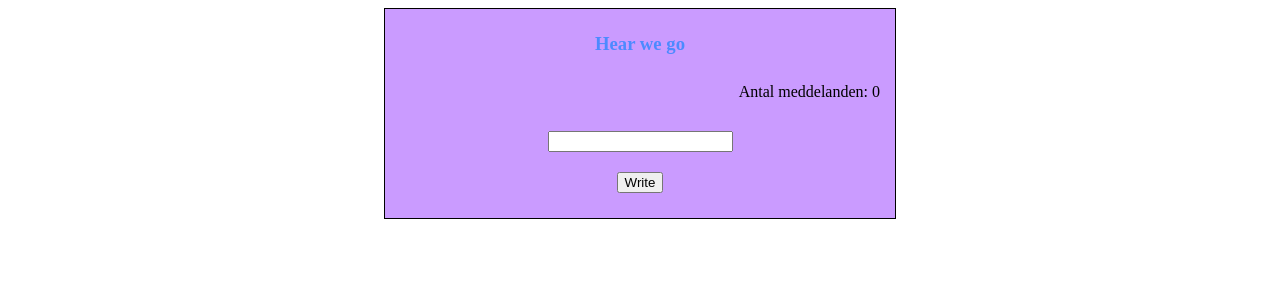
Repository: jn222rv/1dv403-laborationer
Page: 2-labbymezzage/index.html
The author's editor kept a record of every edit. The page is drawn from the files as they stood at one moment, then again after the next edit.
The browser window is 1280 px wide. The pictures show the whole page.

Above is the page before.

### 2-labbymezzage/index.html
<!DOCTYPE html>
<html>
    <head>
        <meta charset="UTF-8"/>
        <link rel="stylesheet" href="css/basic.css" type="text/css" />
        <title>Labby Message</title>
        <script src="js/Message.js"></script>
        <script src="js/MessageBoard.js"></script>
    </head>
    <body>
        <div id="main">
            <h3>Hear we go</h3>
            <div id="messageArea">

            </div>
            <div id="numberOfMessages">
                <p></p>
            </div>
            <input type="textarea" ID="textarea" name="messageArea"/>
            <input type="button" ID="button" name="button" value="Write"/>
        </div>
    </body>
</html>

### 2-labbymezzage/css/basic.css
div {
    width:500px;
    margin:0px auto;
    text-align:center;
}

#main {
    border:1px solid black;
    background-color:#CA9BFF;
    padding:5px;
}

h3 {
    color:#4C8AFF;
}

input {
    display:block;
    margin:20px auto;
}

#messageArea {
    width:70%;
}

p {
    margin:0px;
}

#numberOfMessages p {
    padding:10px;
    text-align:right;
}

#messageArea .message {
    background-color:#FFFF00;
    margin-top:5px;
    width:100%;
    padding:5px;
    padding-top:20px;
}

p.date {
    padding:0px;
    text-align:right;
    font-size:12px;
}

img {
    width:10px;
    height:10px;
    float:right;
}

### 2-labbymezzage/js/MessageBoard.js
"use strict"


var MessageBoard = {

    messages: [],
    numberOfMessages: 0,

    init:function(e){

        var node = document.querySelector("#button");

        var textField = node.parentNode.querySelector("input");

        textField.addEventListener("keypress",function(e){
             if(!e) e = window.event;

             if(e.keyCode===13)
             {
                 addMessage;
                 alert("it was i fact pressed");
             }
        });

        node.addEventListener("click", addMessage);

        var addMessage = function(){

            if(/\S/.test(textField.value))
            {
                var newMessage = new Message(textField.value,new Date());
                MessageBoard.messages.push(newMessage);

                MessageBoard.renderMessages();
            }

        };

        MessageBoard.renderNumberOfMessages();

        console.log("init() is done");
    },

    renderNumberOfMessages:function(){
        var numberDiv = document.querySelector("#numberOfMessages p");
        numberDiv.innerHTML = "Antal meddelanden: "+MessageBoard.numberOfMessages;
    },

    renderMessages: function(){
        document.getElementById("messageArea").innerHTML = "";

        for(var i = 0; i < MessageBoard.messages.length; i++)
        {
            MessageBoard.renderMessage(i);
        }

        MessageBoard.numberOfMessages = MessageBoard.messages.length;
        MessageBoard.renderNumberOfMessages();
    },

    renderMessage: function(messageID){

        var div = document.getElementById("messageArea");
        var p = document.createElement("p");
        var date = document.createElement("p");
        var newDiv = document.createElement("div");
        var closeImg = document.createElement("img");
        var timeImg = document.createElement("img");

        closeImg.alt="Close";
        closeImg.setAttribute("src","img/close.jpg");
        closeImg.addEventListener("click",function(){
            MessageBoard.removeMessages(messageID);
        });

        timeImg.alt="Time";
        timeImg.setAttribute("src","img/time.jpg");
        timeImg.addEventListener("click",function(){
            alert("Inlägget skapades "+MessageBoard.messages[messageID].getDateText()+" klockan "+MessageBoard.messages[messageID].getTimeText());
        });


        newDiv.appendChild(closeImg);
        newDiv.appendChild(timeImg);


        newDiv.className = "message";

        p.appendChild(document.createTextNode(MessageBoard.messages[messageID].getText()));
        newDiv.appendChild(p);


        date.appendChild(document.createTextNode(MessageBoard.messages[messageID].getTimeText()));
        newDiv.appendChild(date);

        date.className = "date";

        div.appendChild(newDiv);
    },

    removeMessages: function(messageID){
        MessageBoard.messages.splice(messageID,1);
        MessageBoard.renderMessages();
    }
}


window.onload = MessageBoard.init;

Loaded but not shown: 2-labbymezzage/js/Message.js (no copy from this time; the picture is the same without it)

After the next edit:
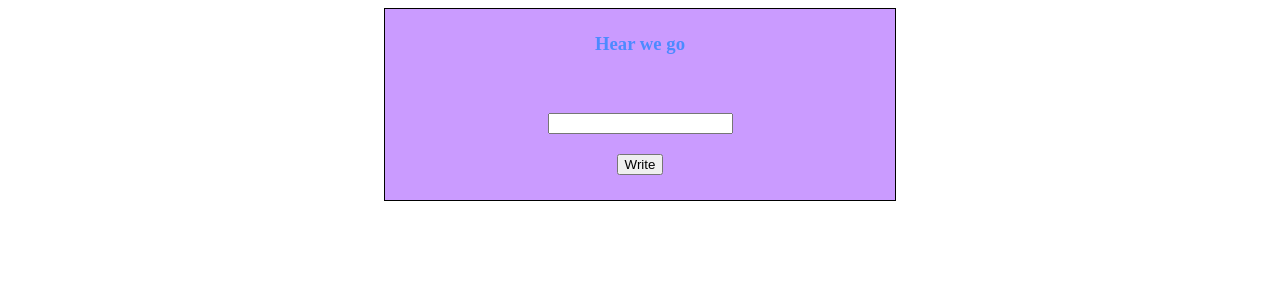
Console error: ReferenceError: addMessage is not defined
The edit:
--- a/2-labbymezzage/js/MessageBoard.js
+++ b/2-labbymezzage/js/MessageBoard.js
@@ -23,18 +23,6 @@
         });
 
         node.addEventListener("click", addMessage);
-
-        var addMessage = function(){
-
-            if(/\S/.test(textField.value))
-            {
-                var newMessage = new Message(textField.value,new Date());
-                MessageBoard.messages.push(newMessage);
-
-                MessageBoard.renderMessages();
-            }
-
-        };
 
         MessageBoard.renderNumberOfMessages();
 

After the edit that followed:
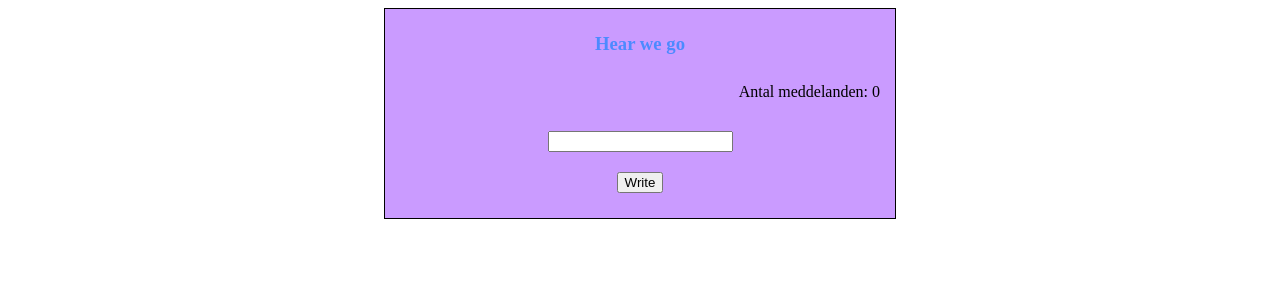
The error is gone.
The edit:
--- a/2-labbymezzage/js/MessageBoard.js
+++ b/2-labbymezzage/js/MessageBoard.js
@@ -11,6 +11,18 @@
         var node = document.querySelector("#button");
 
         var textField = node.parentNode.querySelector("input");
+
+        var addMessage = function(){
+
+            if(/\S/.test(textField.value))
+            {
+                var newMessage = new Message(textField.value,new Date());
+                MessageBoard.messages.push(newMessage);
+
+                MessageBoard.renderMessages();
+            }
+
+        };
 
         textField.addEventListener("keypress",function(e){
              if(!e) e = window.event;
